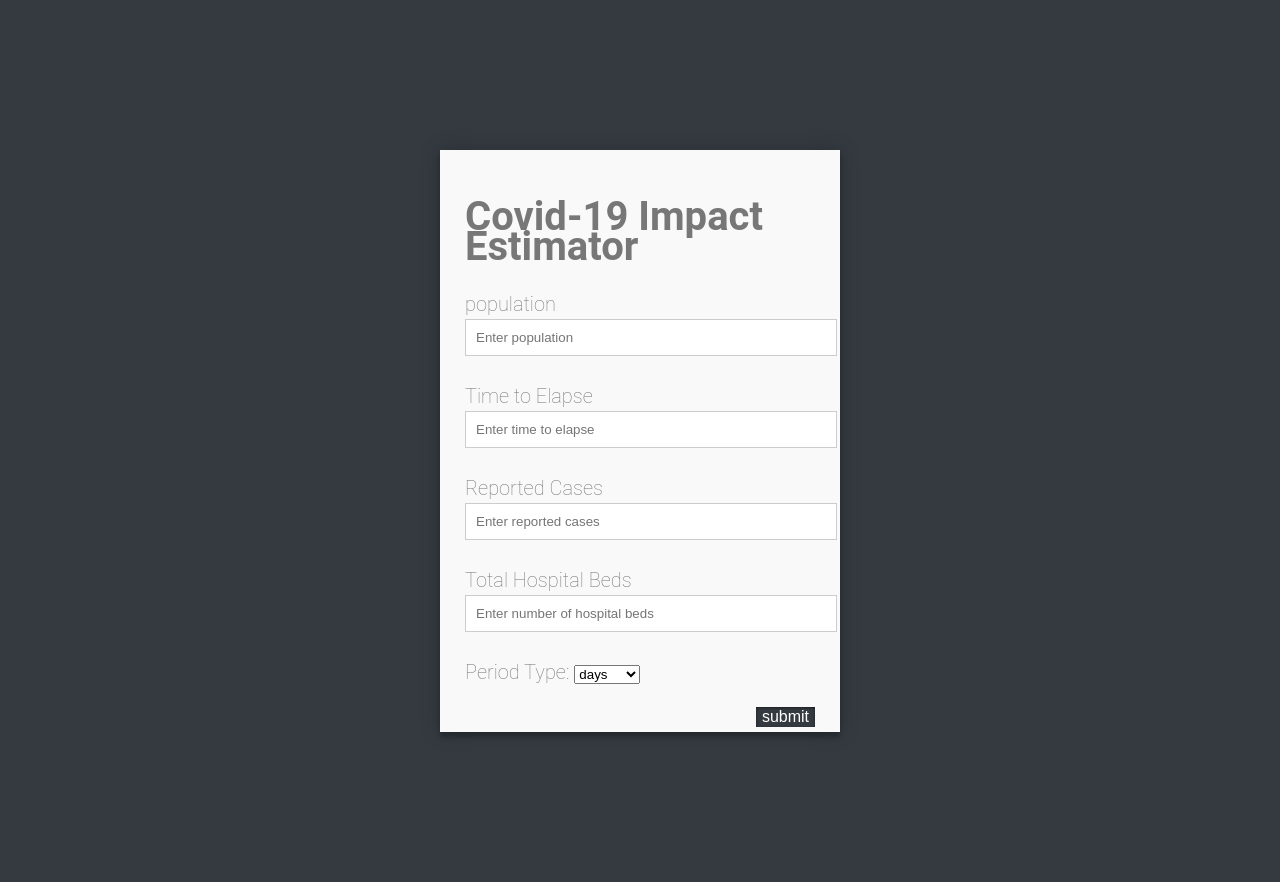
Repository: AbonyiXavier/FrontendUI--challenge-4
Page: index.html
The author's editor kept a copy of each file at every save. The page is drawn from the files as they stood at one save, then again after the next save.
The browser window is 1280 px wide. The pictures show the whole page.

Above is the page before, as saved 2020-04-11 20:00:25.

### index.html
<!DOCTYPE html>
<html lang="en">
  <head>
    <meta charset="UTF-8" />
    <meta name="viewport" content="width=device-width, initial-scale=1.0" />
    <title>COVID-19 Estimator</title>
    <!-- <link rel="stylesheet" href="./CSS/bootstrap.css" /> -->
    <link rel="stylesheet" href="./CSS/style.css" />
  </head>
  <body>
    <div class="container">
      <form id="form">
        <div class="header">
          <h1>Covid-19 Impact Estimator</h1>
        </div>
        <p>
          <label for="">
            population
          </label>
          <input
            type="number"
            placeholder="Enter population"
            name="population"
            id="population"
            data-population
            required
          />
        </p>
        <p>
          <label for="">Time to Elapse</label>
          <input
            type="number"
            placeholder="Enter time to elapse"
            id="time-to-elapse"
            name="Time-to-Elapse"
            data-time-to-elapse
            required
          />
        </p>
        <p>
          <label for="">Reported Cases</label>
          <input
            type="number"
            placeholder="Enter reported cases"
            name="Reported-Cases"
            id="reported-cases"
            data-reported-cases
            required
          />
        </p>
        <p>
          <label for="">Total Hospital Beds</label>
          <input
            type="number"
            placeholder="Enter number of hospital beds"
            name="total-hospital-beds"
            id="total-hospital-beds"
            data-total-hospital-beds
            required
          />
        </p>
        <p>
          <label for="">Period Type:</label>
          <select id="period-type" data-period-type required>
            <option value="days">days</option>
            <option value="weeks">weeks</option>
            <option value="months">months</option>
          </select>
        </p>
        <p>
          <button name="submit" type="submit" id="submit" data-go-estimate>
            submit
          </button>
        </p>
      </form>
    </div>
    <!-- <script src="./js/jquery.js"></script>
    <script src="./js/bootstrap.js"></script> -->
  </body>
</html>

### CSS/style.css
body {
    font-family: "Roboto", Helvetica, Arial, sans-serif;
    font-weight: 100;
    font-size: 20px;
    line-height: 30px;
    color: #777;
    background: #343a40;
}


.container {
    max-width: 400px;
    width: 100%;
    margin: 0 auto;
    position: relative;
}

#form input[type="text"],
#form input[type="number"] #form button[type="submit"] {
    font: 400 12px/16px "Roboto", Helvetica, Arial, sans-serif;
}

#form {
    background: #F9F9F9;
    padding: 25px;
    margin: 150px 0;
    box-shadow: 0 0 20px 0 rgba(0, 0, 0, 0.2), 0 5px 5px 0 rgba(0, 0, 0, 0.24);
}

#form h4 {
    display: block;
    font-size: 20px;
    font-weight: 300;
    margin-bottom: 10px;
}

#form input[type="number"] {
    width: 100%;
    border: 1px solid #ccc;
    background: #FFF;
    margin: 0 0 5px;
    padding: 10px;
}

#form button[type="submit"] {
    box-shadow: inset 0 1px 3px rgba(0, 0, 0, 0.5);
}

button {
    float: right;
    background-color: #343a40;
    border: none;
    color: white;
    /* padding: 10px 20px; */
    text-align: center;
    font-size: 16px;
    /* margin: 4px 2px; */
    margin-bottom: 30px;
    cursor: pointer;
}

#form input:focus {
    outline: 0;
    border: 1px solid #aaa;
}

After the next save:
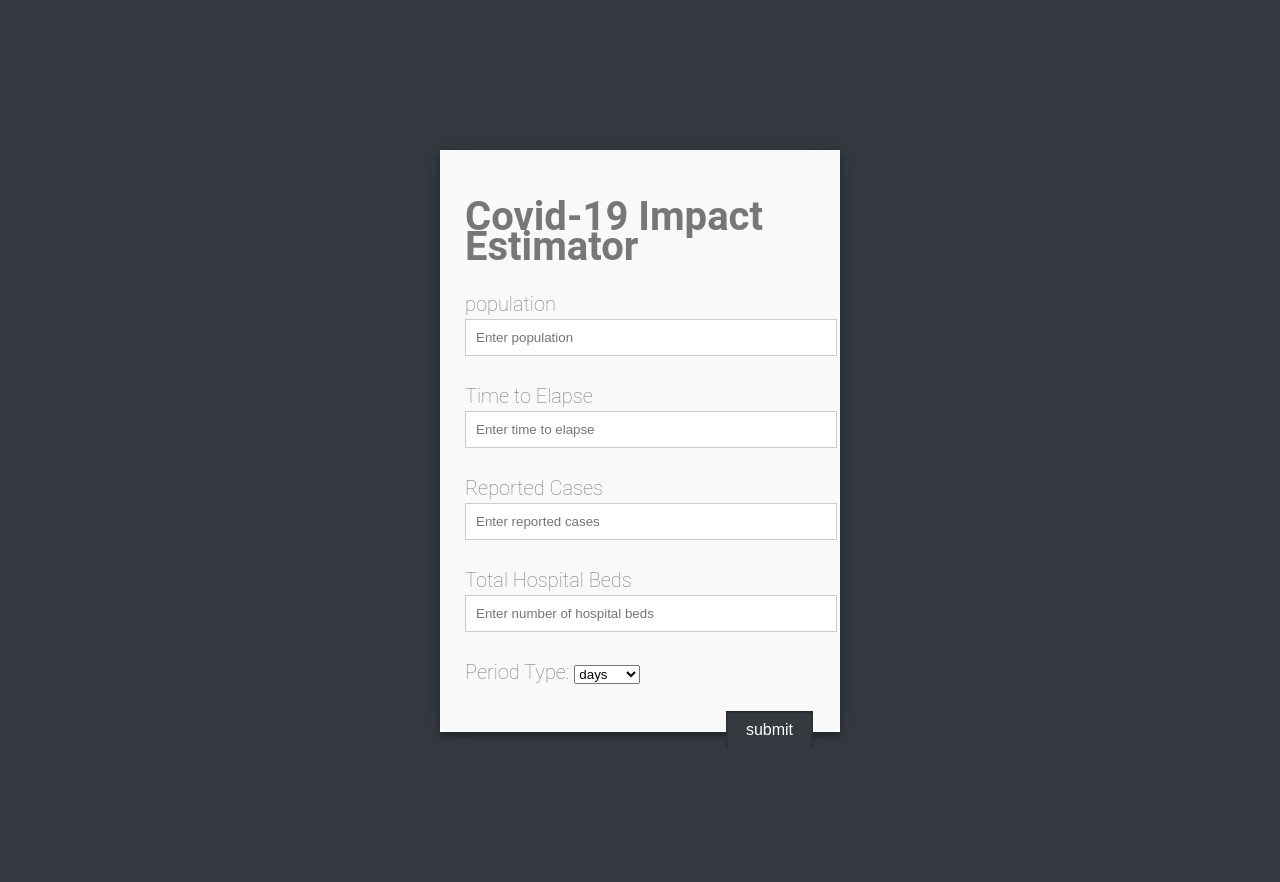
Saved 26 s later.
--- a/CSS/style.css
+++ b/CSS/style.css
@@ -51,11 +51,11 @@ button {
     background-color: #343a40;
     border: none;
     color: white;
-    /* padding: 10px 20px; */
+    padding: 10px 20px;
     text-align: center;
     font-size: 16px;
-    /* margin: 4px 2px; */
-    margin-bottom: 30px;
+    margin: 4px 2px;
+
     cursor: pointer;
 }
 
